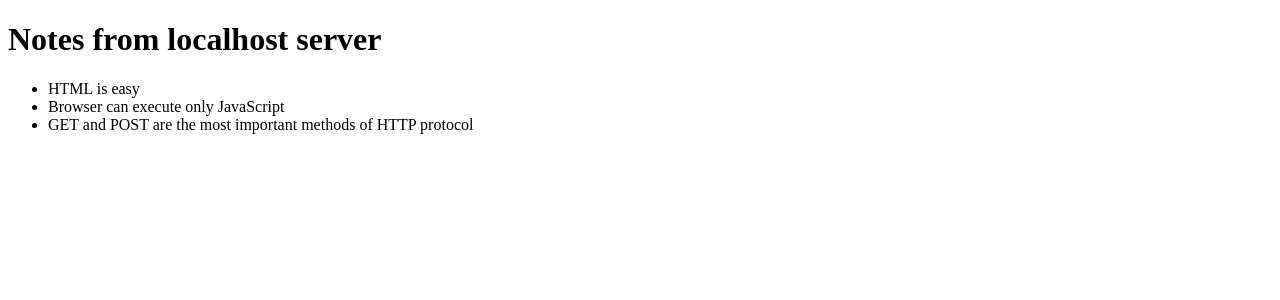
Repository: mariocapitbrok/helsinki-fullstack
Page: / (app in part2/)
An editor plug-in stored every save of this project. The page is shown before and after the next save, followed by the edit.
The browser window is 1280 px wide. The pictures show the whole page.
The project was rebuilt for these pictures with package versions that can differ from the ones it lists, and the page was loaded fresh each time. Requests to the local data server were answered from the project's data file.

Above is the page before, as saved 2022-01-20 17:01:53.

### part2/src/App.js
import React, { useState, useEffect } from 'react'
import axios from 'axios'
import Note from './components/Note'

const App = () => {
  const [notes, setNotes] = useState([])
  const [newNote, setNewNote] = useState('')
  const [showAll, setShowAll] = useState(true)

  useEffect(() => {
    console.log('effect')
    axios.get('http://localhost:3001/notes').then((response) => {
      console.log('promise fulfilled')
      setNotes(response.data)
    })
  }, [])

  return (
    <div>
      <h1>Notes from localhost server</h1>
      <ul>
        {notes.map((note) => (
          <Note key={note.id} note={note} />
        ))}
      </ul>
    </div>
  )
}

export default App

### part2/src/components/Note.js
import React from 'react'

const Note = ({ note }) => <li>{note.content}</li>

export default Note

Loaded but not shown: part2/public/index.html (common file); part2/src/index.js (common file); part2/db.json (common file)

After the next save:
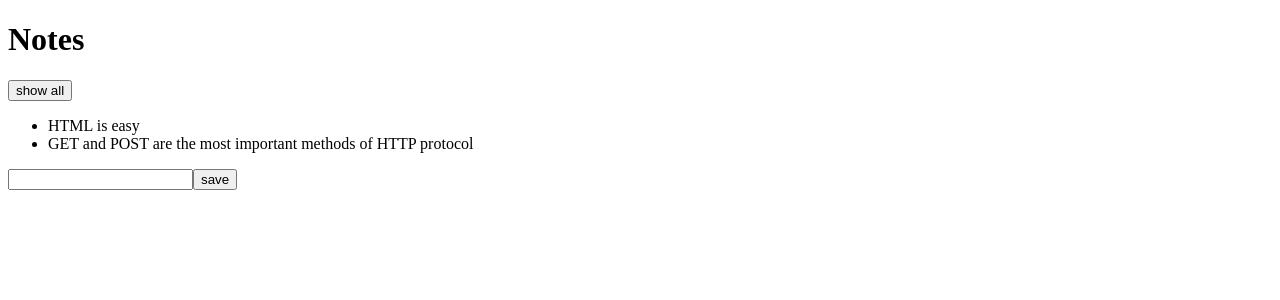
Saved 59 s later.
--- a/part2/src/App.js
+++ b/part2/src/App.js
@@ -1,11 +1,11 @@
 import React, { useState, useEffect } from 'react'
+import Note from './components/Note'
 import axios from 'axios'
-import Note from './components/Note'
 
 const App = () => {
   const [notes, setNotes] = useState([])
   const [newNote, setNewNote] = useState('')
-  const [showAll, setShowAll] = useState(true)
+  const [showAll, setShowAll] = useState(false)
 
   useEffect(() => {
     console.log('effect')
@@ -14,15 +14,45 @@ const App = () => {
       setNotes(response.data)
     })
   }, [])
+  console.log('render', notes.length, 'notes')
+
+  const addNote = (event) => {
+    event.preventDefault()
+    const noteObject = {
+      content: newNote,
+      date: new Date().toISOString(),
+      important: Math.random() > 0.5,
+      id: notes.length + 1,
+    }
+
+    setNotes(notes.concat(noteObject))
+    setNewNote('')
+  }
+
+  const handleNoteChange = (event) => {
+    console.log(event.target.value)
+    setNewNote(event.target.value)
+  }
+
+  const notesToShow = showAll ? notes : notes.filter((note) => note.important)
 
   return (
     <div>
-      <h1>Notes from localhost server</h1>
+      <h1>Notes</h1>
+      <div>
+        <button onClick={() => setShowAll(!showAll)}>
+          show {showAll ? 'important' : 'all'}
+        </button>
+      </div>
       <ul>
-        {notes.map((note) => (
+        {notesToShow.map((note) => (
           <Note key={note.id} note={note} />
         ))}
       </ul>
+      <form onSubmit={addNote}>
+        <input value={newNote} onChange={handleNoteChange} />
+        <button type="submit">save</button>
+      </form>
     </div>
   )
 }
